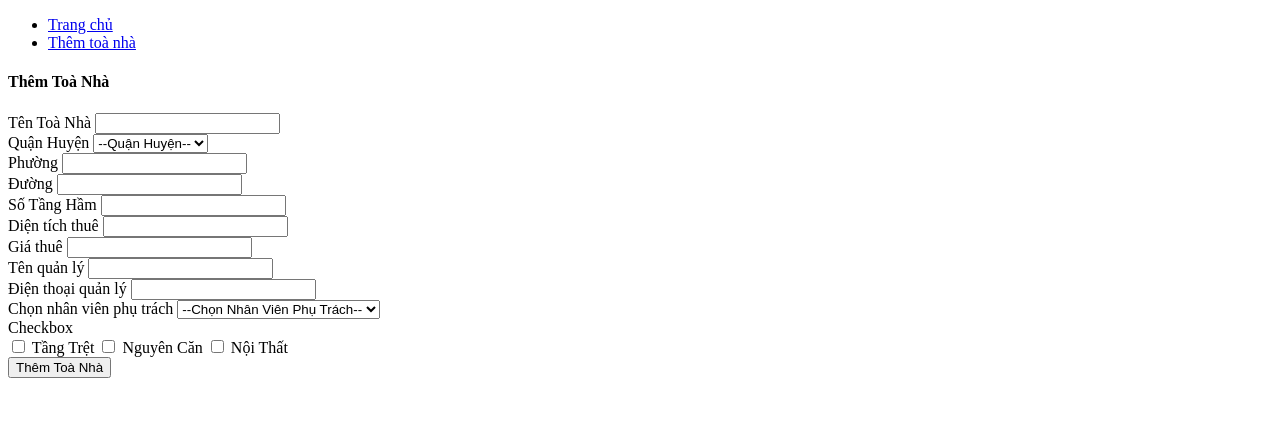
Repository: LeQuangBao0126/jspservlet122019_bao
Page: http://localhost/jspservletHUHUHU/views/admin/building/abcinsert.jsp
An editor plug-in stored every save of this project. The page is shown before and after the next save, followed by the edit.
The browser window is 1280 px wide. The pictures show the whole page.
The page is served by Tomcat 9. Nobody is signed in. The application's start-up code is not run. Other server files are loaded and not shown.

Above is the page before, as saved 2020-03-19 03:44:47.

### jspservletHUHUHU/src/main/webapp/views/admin/building/abcinsert.jsp
<%@ page language="java" contentType="text/html; charset=UTF-8" pageEncoding="UTF-8"%>
<!DOCTYPE html PUBLIC "-//W3C//DTD HTML 4.01 Transitional//EN" "http://www.w3.org/TR/html4/loose.dtd">
<html>
<head>
<meta http-equiv="Content-Type" content="text/html; charset=UTF-8">
<title>Thêm toà nhà</title>
</head>
<body>
<div class="main-content">
    <div class="main-content-inner">
        <div class="breadcrumbs ace-save-state" id="breadcrumbs">
            <ul class="breadcrumb">
                <li>
                    <i class="ace-icon fa fa-home home-icon"></i>
                    <a href="#">Trang chủ</a>
                </li>
                <li>
                    <a href="#">Thêm toà nhà</a>
                </li>
            </ul><!-- /.breadcrumb -->
        </div>
        <div class="page-content">
                    <div class="row">
                        <div class="widget-box">
                            <div class="widget-header">
                                <h4 class="widget-title">Thêm Toà Nhà</h4>
                                <div class="widget-toolbar">
                                    <a href="#" data-action="collapse">
                                        <i class="ace-icon fa fa-chevron-up"></i>
                                    </a>
                                </div>
                            </div>
                            <div class="widget-body">
                                <div class="widget-main">
                                    <div class="row">
                                        <div class="col-xs-12">
                                            <!-- PAGE CONTENT BEGINS -->
                                            <div class="row">
                                                <div class="col-sm-7">
                                                    <div>
                                                        <label for="name"> Tên Toà Nhà </label>
                                                        <input type="text" id="name" class="form-control" />
                                                    </div>
                                                </div>

                                                <div class="col-sm-4">
                                                    <label for="">Quận Huyện</label>
	                                         		<select class="form-control" id="form-field-select-1">
													<option value="">--Quận Huyện--</option>
													<option value="a">aa</option>
													<option value="b">bb</option>
													<option value="c">cc</option>
													</select>
                                                </div>
                                                <div class="col-sm-4">
                                                    <label for="">Phường</label>
                                                    <input type="text" id="ward" class="form-control" />
                                                </div>
                                                <div class="col-sm-4">
                                                    <label for="">Đường</label>
                                                    <input type="text" name="street" class="form-control" />
                                                </div>
                                                <div class="col-sm-4">
                                                    <label for="">Số Tầng Hầm</label>
                                                    <input type="number" id="numberOfBasement" class="form-control" />
                                                </div>

                                                <div class="col-sm-3">
                                                    <label for="">Diện tích thuê</label>
                                                    <input type="text" id="rentAreas" class="form-control" />
                                                </div>

                                                <div class="col-sm-3">
                                                    <label for="">Giá thuê </label>
                                                    <input type="number" id="rentCost" class="form-control" />
                                                </div>


                                                <div class="col-sm-4">
                                                    <label for="">Tên quản lý</label>
                                                    <input type="text" id="managerName" class="form-control" />
                                                </div>
                                                <div class="col-sm-4">
                                                    <label for="">Điện thoại quản lý</label>
                                                    <input type="text" id="managerPhone" class="form-control" />
                                                </div>
                                                <div class="col-sm-3">
                                                    <label for="">Chọn nhân viên phụ trách</label>
                                                    <select class="form-control" id="form-field-select-1">
													<option value="">--Chọn Nhân Viên Phụ Trách--</option>
													<option value="a">aa</option>
													<option value="b">bb</option>
													<option value="c">cc</option>
													</select>
                                                </div>
                                                <div class="col-sm-12">
                                                    <div class="control-group">
                                                        <label class="control-label bolder blue">Checkbox</label>
                                                        <div class="checkbox">
                                                            <label>
														<input name="form-field-checkbox" type="checkbox" class="ace">
														<span class="lbl">Tầng Trệt</span>
													</label>
                                                            <label>
														<input name="form-field-checkbox" type="checkbox" class="ace">
														<span class="lbl">Nguyên Căn</span>
													</label>
                                                            <label>
														<input name="form-field-checkbox" type="checkbox" class="ace">
														<span class="lbl">Nội Thất</span>
													</label>
                                                        </div>
                                                    </div>
                                                </div>
                                                <div class="col-sm-12">
                                                    <div class="pull-left" data-toggle="tooltip" title="Thêm Toà Nhà">
                                                        <button class="btn btn-sucess btn-info btn-bold">
												Thêm Toà Nhà
											</button>
                                                    </div>
                                                </div>
                                            </div>
                                            <!-- PAGE CONTENT ENDS -->
                                        </div>
                                        <!-- /.col -->
                                    </div>
                                </div>
                            </div>
                        </div>
                    </div>
                    <!-- /.row -->
                </div>
                <!-- /.page-content -->
    </div>
</div><!-- /.main-content -->
</body>
</html>

After the next save:
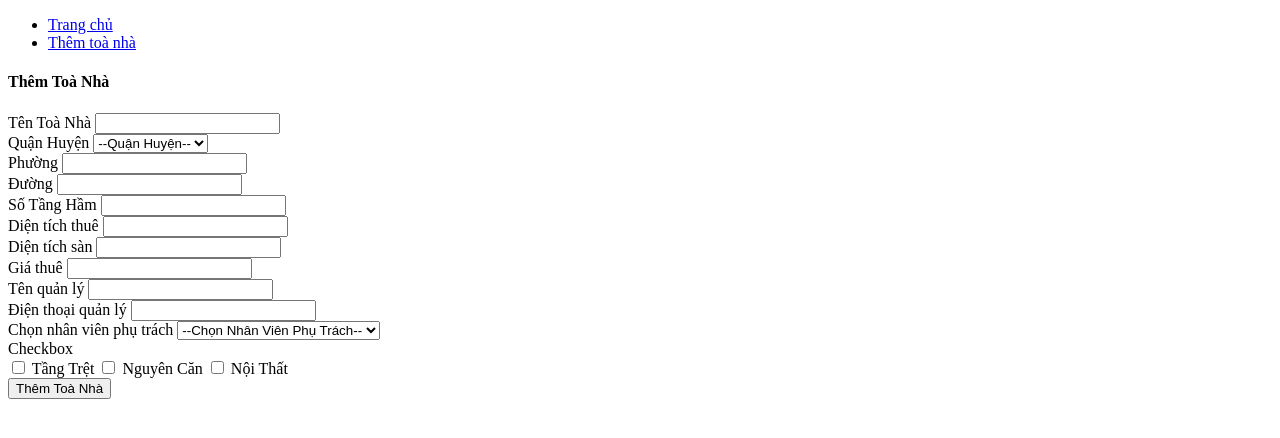
Saved 21 s later.
--- a/jspservletHUHUHU/src/main/webapp/views/admin/building/abcinsert.jsp
+++ b/jspservletHUHUHU/src/main/webapp/views/admin/building/abcinsert.jsp
@@ -69,6 +69,10 @@
                                                     <label for="">Diện tích thuê</label>
                                                     <input type="text" id="rentAreas" class="form-control" />
                                                 </div>
+                                                  <div class="col-sm-3">
+                                                    <label for="">Diện tích sàn</label>
+                                                    <input type="number" id="floorarea" class="form-control" />
+                                                </div>
 
                                                 <div class="col-sm-3">
                                                     <label for="">Giá thuê </label>

After the save that followed:
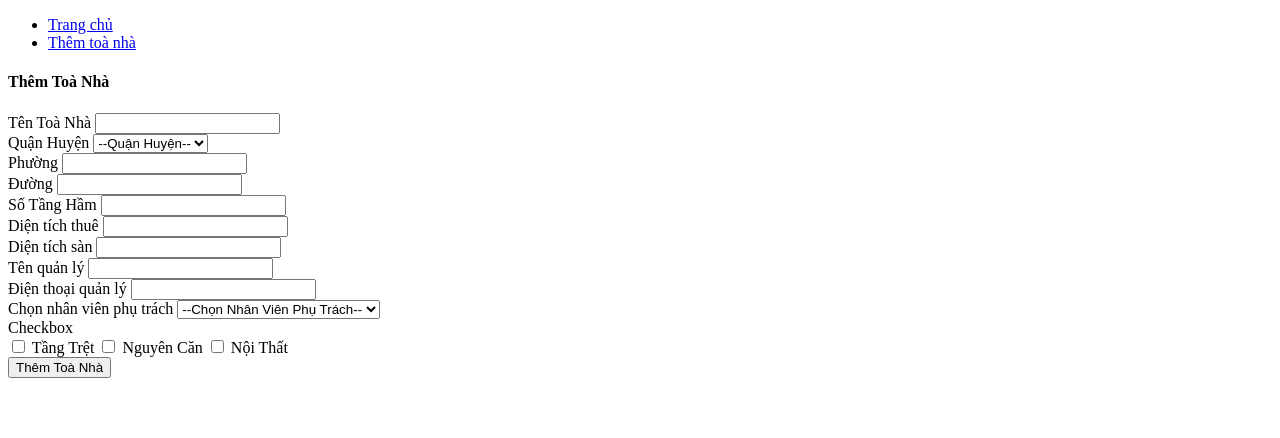
Saved 29 s later.
--- a/jspservletHUHUHU/src/main/webapp/views/admin/building/abcinsert.jsp
+++ b/jspservletHUHUHU/src/main/webapp/views/admin/building/abcinsert.jsp
@@ -74,12 +74,6 @@
                                                     <input type="number" id="floorarea" class="form-control" />
                                                 </div>
 
-                                                <div class="col-sm-3">
-                                                    <label for="">Giá thuê </label>
-                                                    <input type="number" id="rentCost" class="form-control" />
-                                                </div>
-
-
                                                 <div class="col-sm-4">
                                                     <label for="">Tên quản lý</label>
                                                     <input type="text" id="managerName" class="form-control" />
